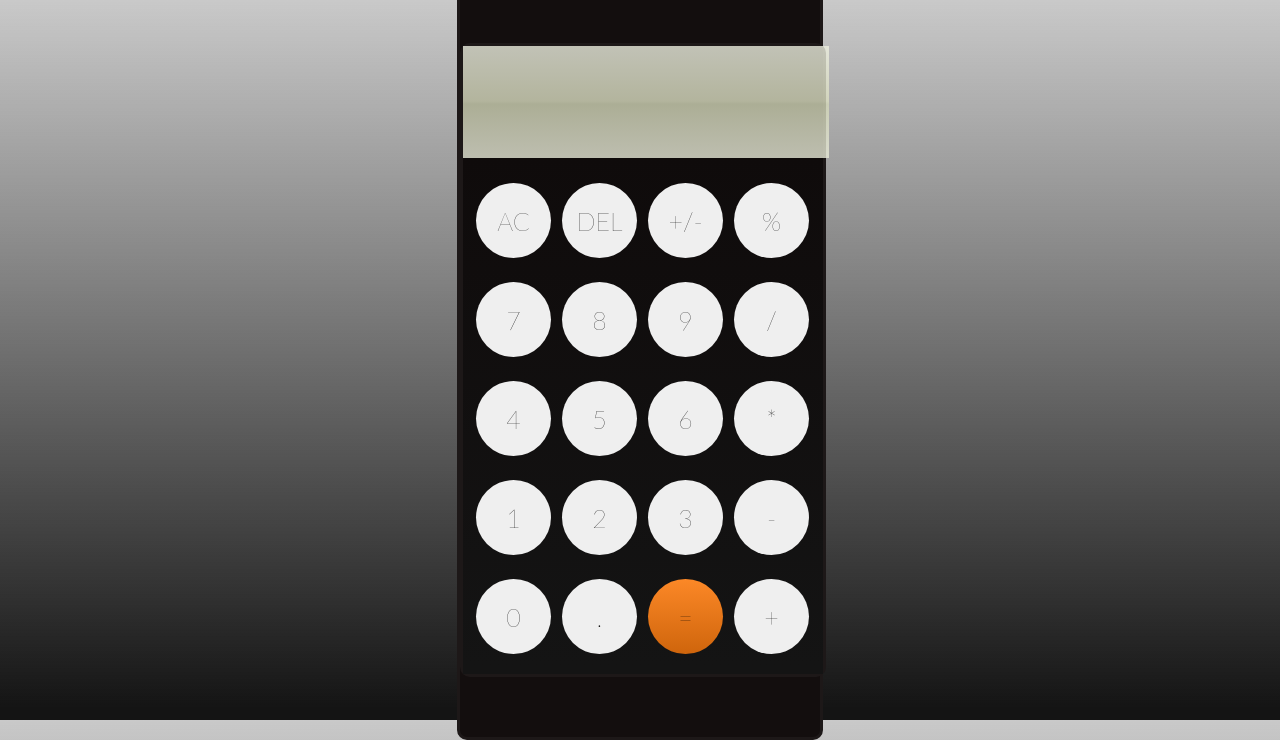
Repository: MhlengiNgubane/BrainnestJsTwo
Page: index.html
The author's editor kept a copy of each file at every save. The page is drawn from the files as they stood at one save, then again after the next save.
The browser window is 1280 px wide. The pictures show the whole page.

Above is the page before, as saved 2022-09-12 09:07:59.

### index.html
<!DOCTYPE html>
<html lang="en">
<head>
    <meta charset="UTF-8">
    <meta http-equiv="X-UA-Compatible" content="IE=edge">
    <meta name="viewport" content="width=device-width, initial-scale=1.0">
    <title>CALCULATOR</title>

    <link rel="stylesheet" href="style.css">
</head>
    <body>
        <div class="wrapper">
            <div class="container">
                <input type="text" class="input" value="" disabled />
                <div class="buttons">
                    <button value="AC" class="brown clear">AC</button>
                    <button value="DEL" class="brown delete">DEL</button>
                    <button value="+/-" class="brown plusMinus">+/-</button>
                    <button value="%" class="brown percent">%</button>

                    <button value="7" class="number">7</button>
                    <button value="8" class="number">8</button>
                    <button value="9" class="number">9</button>
                    <button value="/" class="brown operator">/</button>

                    <button value="4" class="number">4</button>
                    <button value="5" class="number">5</button>
                    <button value="6" class="number">6</button>
                    <button value="*" class="brown operator">*</button>

                    <button value="1" class="number">1</button>
                    <button value="2" class="number">2</button>
                    <button value="3" class="number">3</button>
                    <button value="-" class="brown operator">-</button>

                    <button value="0" class="zero number">0</button>
                    <button value="." class="decimal">.</button>
                    <button value="=" class="equal operator">=</button>
                    <button value="+" class="brown operator">+</button>
                </div>
            </div>
        </div>
        <script src="App.js"></script>
    </body>
</html>

### style.css
* {
    border: 0;
    margin: 0;
    padding: 0;
    font-family: 'lato';
    font-weight: 100;
}

body{
    font-family: 'Roboto';
    font-weight: 400;
    background: linear-gradient(360deg, #141414 1.56%, rgba(0, 0, 0, 0.21) 100%);
    width: 100%;
    height: 100vh;
    display: flex;
    flex-direction: column;
    align-items: center;
    justify-content: center;
}

.wrapper{
    align-items: center;
    margin: auto;
    margin-top: 60px;
    width: 360px;
    border: 20px;
    border: 3px solid #1d1818;
    background-color: #130e0e;
    border-radius: 10px;
    margin-bottom: 60px;
}

.container{
    align-items: center;
    margin: auto;
    margin-top: 60px;
    width: 360px;
    border: 20px;
    border: 3px solid #1d1818;
    background-color: #130e0e;
    border-radius: 10px;
    margin-bottom: 60px;
}

.input{
    background: linear-gradient(360deg, #E8EAD8 0%, #D2D6B7 48.12%, #DBDEC1 50.76%, #EDEFE0 100%);
    width: 94%;
    min-height: 65px;
    padding: 0 14px;
    text-align:  end;
    font-size: 48px;
    line-height: 112px;
    display: flex;
    align-items: center;
    justify-content: end;
    color: #000000;
    opacity: 0.8;
    outline: none;
    border: none;
}

.buttons{
    display: grid;
    grid-template-columns: repeat(4, 1fr);
    row-gap: 10px;
    column-gap: 10px;
    background: linear-gradient(360deg, #141414 1.56%, rgba(0, 0, 0, 0.21) 100%);
    padding: 18px 13px 13px 13px;
}

button{
    border: 1;
    outline: none;
    height: 75px;
    width: 75px;
    border-radius: 70px;
    text-align: center;
    margin-top: 7px;
    margin-bottom: 7px;
    font-size: 25px;
}

.grey{
    background: linear-gradient(180deg, #7F878C 0%, #4C5154 100%);
}


.equal{
    background: linear-gradient(180deg, #FC8827 0%, #CF650C 100%);
}

@media(max-width: 430px){
    .wrapper{
        width: 100%;
        height: 100%;
        border-radius: 0;
    }

    .buttons{
        row-gap: 5px;
        column-gap: 5px;
        background: linear-gradient(360deg, #141414 1.56%, rgba(0, 0, 0, 0.21) 100%);
        padding: 18px 13px 13px 13px;
    }


}

### App.js
/* Add two numbers */
function add(firstNumber, secondNumber){
  return firstNumber + secondNumber;
}
/* subtract two numbers */
function subtract(firstNumber, secondNumber){
  return firstNumber - secondNumber;
}
/* multiply two numbers */
function multiply(firstNumber, secondNumber){
  return firstNumber * secondNumber;
}
/* divide two numbers */
function divide(firstNumber, secondNumber){
  return firstNumber / secondNumber;
}
/* Make the operations */
function operate(operator, firstNumber, secondNumber){
  if(operator === '+'){
      return add(firstNumber, secondNumber);
  }
  else if(operator === '-'){
      return subtract(firstNumber, secondNumber);
  }
  else if(operator === '*'){
      return multiply(firstNumber, secondNumber);
  }
  else if(operator === '/'){
      return divide(firstNumber, secondNumber);
  }
  return secondNumber;
}

const display = document.querySelector('.input');

const calculator = {
  displayValue: '0',
  firstNumber: null,
  operator: null,
  secondNumber: false,
};

function clear() {
  calculator.displayValue = '0';
  calculator.firstNumber = null;
  calculator.operator = null;
  calculator.secondNumber = false;
}

function updateDisplay() {
  display.value = calculator.displayValue;
}

const buttons = document.querySelector('.buttons');
buttons.addEventListener('click', (e) => {
const target = e.target;

  if (!target.matches('button')) {
      return;
  }

  if (target.classList.contains('clear')) {
      clear();
      updateDisplay();
      return;
  }

  if (target.classList.contains('delete')) {
      undo();
      return;
  }

  if (target.classList.contains('plusMinus')) {
      plusMinus();
      return;
  }

  if (target.classList.contains('percent')) {
      percentage();
      return;
  }

  if (target.classList.contains('decimal')) {
      decimal(target.value);
      updateDisplay();
      return;
  }

  if (target.classList.contains('operator')) {
      calculate(target.value);
      updateDisplay();
      return;
  }

      displayNumber(target.value);
      updateDisplay();
});

function undo(){
  display.value = display.value.slice(0, -1);
  calculator.displayValue = display.value;
}

function plusMinus(){
  let displayPlusMinus = calculator.displayValue;
  if(displayPlusMinus >= 0){
      display.value = '-' + displayPlusMinus;
  }
  calculator.displayValue = display.value;
}

function percentage(){
  let displayPercent = calculator.displayValue;
  if(displayPercent != 0){
      display.value = displayPercent / 100;
  }
 calculator.displayValue = display.value;
}

function decimal(dot) {
  if (calculator.secondNumber === true) {
      calculator.displayValue = '0.'
      calculator.secondNumber = false;
      return
  }
  if (!calculator.displayValue.includes(dot)) {
      calculator.displayValue += dot;
  }
}

function displayNumber(number) {
  let displayValue = calculator.displayValue;
  const secondNumber = calculator.secondNumber;

  if (secondNumber === true) {
      calculator.displayValue = number;
      calculator.secondNumber = false;
  }
  else if(displayValue === '0'){
      calculator.displayValue = number;
  }
  else{
      calculator.displayValue = displayValue + number;
  }
}

function calculate(inputOperator) {
  const firstNumber = calculator.firstNumber;
  const displayValue = calculator.displayValue;
  const operator  = calculator.operator;

  const inputValue = parseFloat(displayValue);

  if (operator && calculator.secondNumber)  {
      calculator.operator = inputOperator;
      return;
    }

  if (firstNumber == null) {
      calculator.firstNumber = inputValue;

  } else if (operator) {
      const result = operate(operator, firstNumber, inputValue);
      calculator.displayValue = `${parseFloat(result.toFixed(6))}`;
      calculator.firstNumber = result;
  }
  calculator.secondNumber = true;
  calculator.operator = inputOperator;
  console.log(calculator);
}

After the next save:
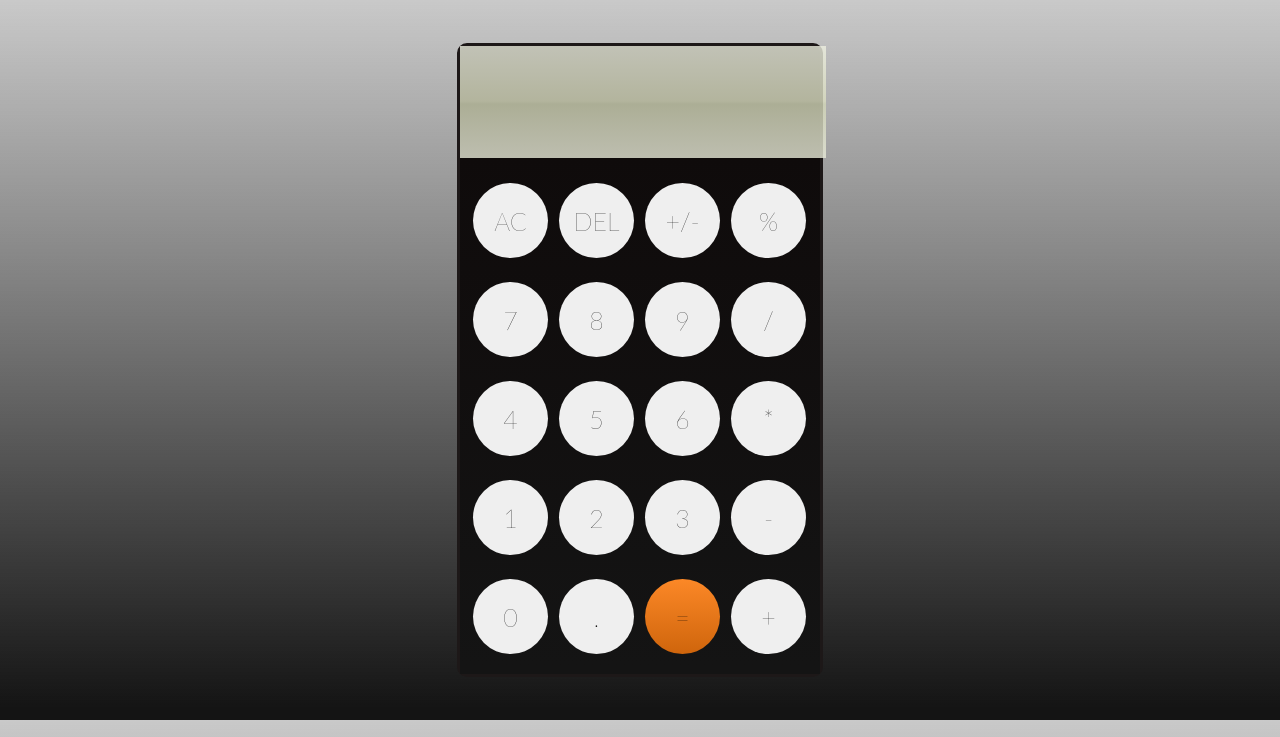
Saved 7 min 52 s later.
--- a/style.css
+++ b/style.css
@@ -18,17 +18,7 @@ body{
     justify-content: center;
 }
 
-.wrapper{
-    align-items: center;
-    margin: auto;
-    margin-top: 60px;
-    width: 360px;
-    border: 20px;
-    border: 3px solid #1d1818;
-    background-color: #130e0e;
-    border-radius: 10px;
-    margin-bottom: 60px;
-}
+
 
 .container{
     align-items: center;
